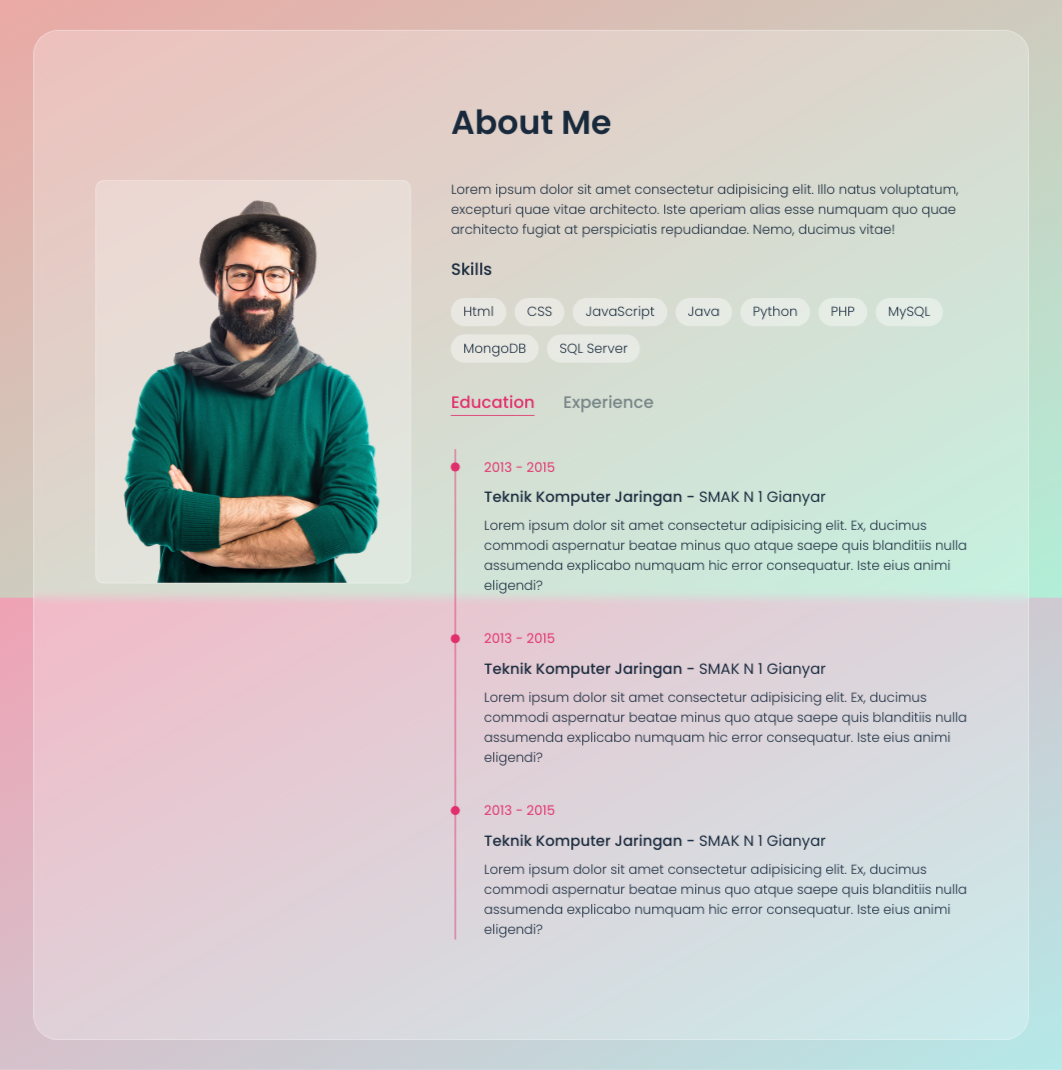
Repository: dewaary/Glassmorp-me
Page: index.html
These files come from the project's save history. The page is drawn as it stood at one moment and after the next save; the edit follows.
The browser window is 1280 px wide. The pictures show the whole page, at 83% of full size.
Backgrounds fixed to the window are drawn as part of the page.

Above is the page before, as saved 2021-05-25 23:15:21.
Not found: js/script,js

### index.html
<!DOCTYPE html>
<html lang="en">

<head>
    <meta charset="UTF-8">
    <meta http-equiv="X-UA-Compatible" content="IE=edge">
    <meta name="viewport" content="width=device-width, initial-scale=1.0">
    <link rel="stylesheet" href="style.css">
    <title>Document</title>
</head>

<body>
    <div class="main">
        <section class="home-section align-items-center hidden">
            <div class="container">
                <div class="row align-items-center">
                    <div class="home-text">
                        <p>Hello, I'm</p>
                        <h1>Dewa Ari</h1>
                        <h2>Full-Stack Web Developer</h2>
                        <a href="#" class="btn">more about me</a>
                        <a href="#" class="btn">portfolio</a>
                    </div>
                    <div class="home-img">
                        <div class="img-box">
                            <img src="img/profile-img.png" alt="profile-img">
                        </div>
                    </div>
                </div>
            </div>
        </section>

        <!-- About Section -->
        <section class="about-section sec-padding">
            <div class="container">
                <div class="row">
                    <div class="section-title">
                        <h2>About me</h2>
                    </div>
                </div>
                <div class="row">
                    <div class="about-img">
                        <div class="img-box">
                            <img src="img/about-img.png" alt="About Image">
                        </div>
                    </div>
                    <div class="about-text">
                        <p>Lorem ipsum dolor sit amet consectetur adipisicing elit. Illo natus voluptatum, excepturi
                            quae vitae architecto. Iste aperiam alias esse numquam quo quae architecto fugiat at
                            perspiciatis repudiandae. Nemo, ducimus vitae!</p>
                        <h3>Skills</h3>
                        <div class="skills">
                            <div class="skill-item">Html</div>
                            <div class="skill-item">CSS</div>
                            <div class="skill-item">JavaScript</div>
                            <div class="skill-item">Java</div>
                            <div class="skill-item">Python</div>
                            <div class="skill-item">PHP</div>
                            <div class="skill-item">MySQL</div>
                            <div class="skill-item">MongoDB</div>
                            <div class="skill-item">SQL Server</div>
                        </div>

                        <div class="about-tabs">
                            <button type="button" class="tab-item active" data-target="#education">Education</button>
                            <button type="button" class="tab-item" data-target="#experience">Experience</button>
                        </div>
                        <!-- Education Start -->
                        <div class="tab-content active" id="education">
                            <div class="timeline">
                                <div class="timeline-item">
                                    <span class="date">2013 - 2015</span>
                                    <h4>Teknik Komputer Jaringan - <span>SMAK N 1 Gianyar</span></h4>
                                    <p>Lorem ipsum dolor sit amet consectetur adipisicing elit. Ex, ducimus commodi
                                        aspernatur beatae minus quo atque saepe quis blanditiis nulla assumenda
                                        explicabo numquam hic error consequatur. Iste eius animi eligendi?</p>
                                </div>
                                <div class="timeline-item">
                                    <span class="date">2013 - 2015</span>
                                    <h4>Teknik Komputer Jaringan - <span>SMAK N 1 Gianyar</span></h4>
                                    <p>Lorem ipsum dolor sit amet consectetur adipisicing elit. Ex, ducimus commodi
                                        aspernatur beatae minus quo atque saepe quis blanditiis nulla assumenda
                                        explicabo numquam hic error consequatur. Iste eius animi eligendi?</p>
                                </div>
                                <div class="timeline-item">
                                    <span class="date">2013 - 2015</span>
                                    <h4>Teknik Komputer Jaringan - <span>SMAK N 1 Gianyar</span></h4>
                                    <p>Lorem ipsum dolor sit amet consectetur adipisicing elit. Ex, ducimus commodi
                                        aspernatur beatae minus quo atque saepe quis blanditiis nulla assumenda
                                        explicabo numquam hic error consequatur. Iste eius animi eligendi?</p>
                                </div>
                            </div>
                        </div>
                        <!-- Education End -->


                        <!-- Experince Start -->
                        <div class="tab-content" id="experience">
                            <div class="timeline">
                                <div class="timeline-item">
                                    <span class="date">2013 - 2016</span>
                                    <h4>Web Developer - <span>The Web Shala</span></h4>
                                    <p>Lorem ipsum dolor sit amet consectetur adipisicing elit. Et blanditiis,
                                        voluptates eum quibusdam voluptatibus sed accusamus officia iusto rem, esse
                                        harum ipsum suscipit eos assumenda nulla enim distinctio nostrum tempora!</p>
                                </div>
                                <div class="timeline-item">
                                    <span class="date">2013 - 2016</span>
                                    <h4>Web Developer - <span>The Web Shala</span></h4>
                                    <p>Lorem ipsum dolor sit amet consectetur adipisicing elit. Et blanditiis,
                                        voluptates eum quibusdam voluptatibus sed accusamus officia iusto rem, esse
                                        harum ipsum suscipit eos assumenda nulla enim distinctio nostrum tempora!</p>
                                </div>
                                <div class="timeline-item">
                                    <span class="date">2013 - 2016</span>
                                    <h4>Web Developer - <span>The Web Shala</span></h4>
                                    <p>Lorem ipsum dolor sit amet consectetur adipisicing elit. Et blanditiis,
                                        voluptates eum quibusdam voluptatibus sed accusamus officia iusto rem, esse
                                        harum ipsum suscipit eos assumenda nulla enim distinctio nostrum tempora!</p>
                                </div>

                            </div>
                        </div>

                        <!-- Experience End -->

                    </div>
                </div>
            </div>
        </section>

    </div>
    <script src="js/script,js"></script>
</body>

</html>

### style.css
/* Fonts */
@import url("https://fonts.googleapis.com/css2?family=Poppins:wght@300;400;500;600;700&display=swap");

/* Variables */

:root {
  --main-color: #e02f6b;
  --blue: #0000ff;
  --blue-dark: #18293c;
  --orange: #ffa500;
  --green-yellow: #cddc39;
  --pink-light: #efa2b4;
  --cyan-light: #aef1ee;
  --white: #ffffff;
  --white-alpha-40: rgba(255, 255, 255, 0.4);
  --white-alpha-25: rgba(255, 255, 255, 0.25);
  --backdrop-filter-blur: blur(5px);
}

* {
  box-sizing: border-box;
  padding: 0;
  margin: 0;
  outline: none;
}

::before,
::after {
  box-sizing: border-box;
}

body {
  min-height: 100vh;
  background-image: linear-gradient(
    to bottom right,
    var(--pink-light),
    var(--cyan-light)
  );
  background-attachment: fixed;
  font-size: 16px;
  font-family: "Poppins", sans-serif;
  font-weight: 300;
  color: var(--blue-dark);
  line-height: 1.5;
  overflow-x: hidden;
  -webkit-tap-highlight-color: transparent;
  padding: 5vh 15px;
}

body::before {
  content: "";
  position: fixed;
  left: 0;
  top: 0;
  height: 100%;
  width: 100%;
  background-color: var(--green-yellow);
  z-index: -1;
  opacity: 0.12;
}

a {
  text-decoration: none;
}

h1,
h2 {
  font-weight: 600;
}

h3,
h4,
h5,
h6 {
  font-weight: 500;
}

img {
  max-width: 100%;
  vertical-align: middle;
}

section {
  background-color: var(--white-alpha-25);
  border: 1px solid var(--white-alpha-40);
  min-height: 90vh;
  border-radius: 30px;
  backdrop-filter: var(--backdrop-filter-blur);
}

.main {
  max-width: 1200px;
  margin: auto;
}

.row {
  display: flex;
  flex-wrap: wrap;
}

.container {
  padding: 0 40px;
  width: 100%;
}

.align-items-center {
  align-items: center;
}

.hidden {
  display: none !important;
}

.sec-padding {
  padding: 80px 0;
}

/* Section Tittle */
.section-title {
  padding: 0 15px;
  width: 100%;
  text-align: center;
  margin-bottom: 40px;
}

.section-title h2 {
  font-size: 40px;
  text-transform: capitalize;
}

/* Custome Scroolbar */

::-webkit-scrollbar {
  width: 5px;
}

::-webkit-scrollbar-track {
  background-color: var(--white);
}

::-webkit-scrollbar-thumb {
  background-color: var(--main-color);
}

/*
Buttons */

button {
  font-family: inherit;
  user-select: none;
}

.btn {
  line-height: 1.5;
  background-color: var(--white-alpha-25);
  border: 1px solid var(--white-alpha-40);
  padding: 10px 28px;
  display: inline-block;
  border-radius: 30px;
  color: var(--main-color);
  font-weight: 500;
  text-transform: capitalize;
  font-family: inherit;
  font-size: 16px;
  cursor: pointer;
  user-select: none;
  position: relative;
  overflow: hidden;
  vertical-align: middle;
  transition: width 0.3s ease;
}

.btn::before {
  content: "";
  position: absolute;
  left: 0;
  top: 0;
  height: 100%;
  width: 0%;
  background-color: var(--main-color);
  z-index: -1;
  transition: width 0.3s ease;
}

.btn:hover::before {
  width: 100%;
}
.btn:hover {
  color: var(--white);
}

/*
Home Section */

.home-section {
  display: flex;
  padding: 120px 0;
}

.home-text,
.home-img {
  width: 50%;
  padding: 15px;
}

.home-text p {
  font-size: 15px;
}

.home-text h2 {
  font-size: 20px;
  text-transform: capitalize;
  font-weight: 300;
  margin: 0 0 30px;
}

.home-text .btn {
  margin: 0 15px 15px 0;
}

.home-text h1 {
  font-size: 50px;
  text-transform: capitalize;
}

.home-img .img-box {
  max-width: 360px;
  background-color: var(--white-alpha-25);
  border-radius: 50%;
  background-color: var(--white-alpha-25);
  margin: auto;
}

.home-img .img-box img {
  width: 100%;
  border-radius: 50%;
}

/* About Section */

.about-img {
  width: 40%;
  padding: 0 15px;
}

.about-text {
  width: 60%;
  padding: 0 15px;
}

.about-img .img-box {
  background-color: var(--white-alpha-25);
  max-width: 380px;
  border: 1px solid var(--white-alpha-40);
  margin: auto;
  border-radius: 10px;
}

.about-img .img-box img {
  width: 100%;
}

.about-text h3 {
  text-transform: capitalize;
  font-size: 20px;
  margin: 20px 0;
}

.about-text .skills {
  display: flex;
  flex-wrap: wrap;
}

.about-text .skill-item {
  background-color: var(--white-alpha-25);
  background-color: var(--white-alpha-40);
  padding: 5px 15px;
  text-transform: capitalize;
  margin: 0 10px 10px 0;
  border-radius: 20px;
}

.about-tabs {
  margin-top: 20px;
}

.about-tabs .tab-item {
  padding: 2px 0;
  background-color: transparent;
  border: none;
  text-transform: capitalize;
  display: inline-block;
  color: var(--blue-dark);
  cursor: pointer;
  font-size: 20px;
  font-weight: 500;
  margin: 0 30px 0 0;
  position: relative;
  opacity: 0.5;
  transition: all 0.3s ease;
}

.about-tabs .tab-item:last-child {
  margin: 0;
}

.about-tabs .tab-item::before {
  content: "";
  position: absolute;
  left: 0;
  bottom: 0;
  width: 0%;
  height: 1px;
  background-color: var(--blue-dark);
  transition: width 0.3s ease;
}

.about-tabs .tab-item:hover::before {
  width: 100%;
}

.about-tabs .tab-item.active::before {
  width: 100%;
  background-color: var(--main-color);
}

.about-tabs .tab-item.active {
  color: var(--main-color);
  opacity: 1;
  cursor: auto;
}

.about-text .timeline{
  position: relative;
}

.about-text .timeline::before{
  content: '';
  position: absolute;
  height: 100%;
  width: 1px;
  top: 0;
  left: 5px;
  background-color: var(--main-color);
}

.about-text .tab-content {
  padding: 40px 0;
  display: none;
}

.about-text .tab-content.active {
  display: block;
}

.about-text .timeline-item {
  margin-bottom: 30px;
  position: relative;
  padding: 10px 0 0 40px;
}

.about-text .timeline-item::before{
  content: '';
  position: absolute;
  height: 11px;
  width: 11px;
  top: 16px;
  left: 0;
  background-color: var(--main-color);
  border-radius: 50%;
}

.about-text .timeline-item:last-child {
  margin-bottom: 0;
}

.about-text .timeline-item .date {
  display: block;
  color: var(--main-color);
  font-weight: 400;
  margin: 0 0 10px;
}
.about-text .timeline-item h4 {
  font-size: 18px;
  text-transform: capitalize;
  margin: 0 0 10px;
}
.about-text .timeline-item h4 span {
  font-weight: 400;
}

After the next save:
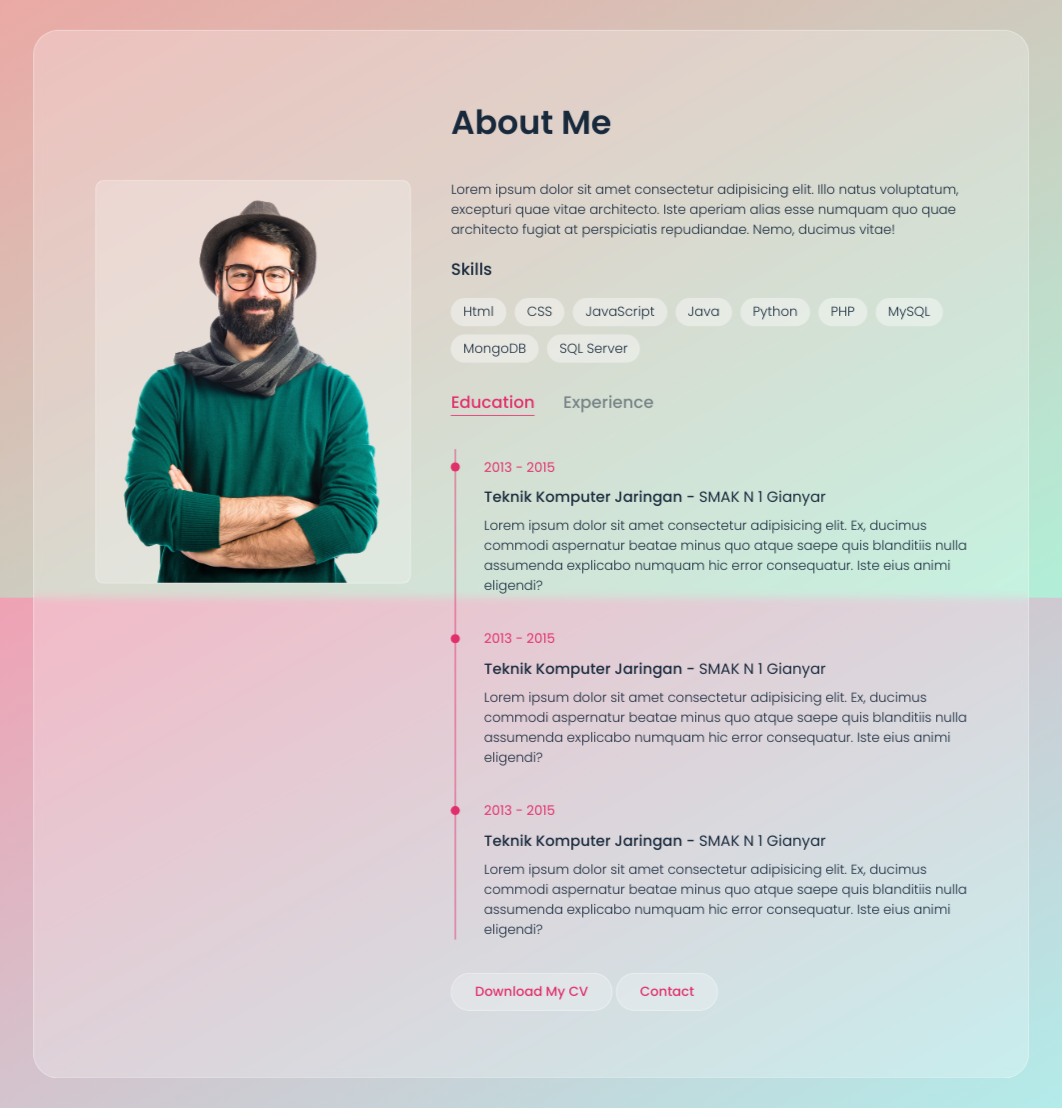
Saved 5 min 22 s later.
--- a/index.html
+++ b/index.html
@@ -123,6 +123,8 @@
                         </div>
 
                         <!-- Experience End -->
+                        <a href="#" class="btn">Download my CV</a>
+                        <a href="#" class="btn">Contact</a>
 
                     </div>
                 </div>
